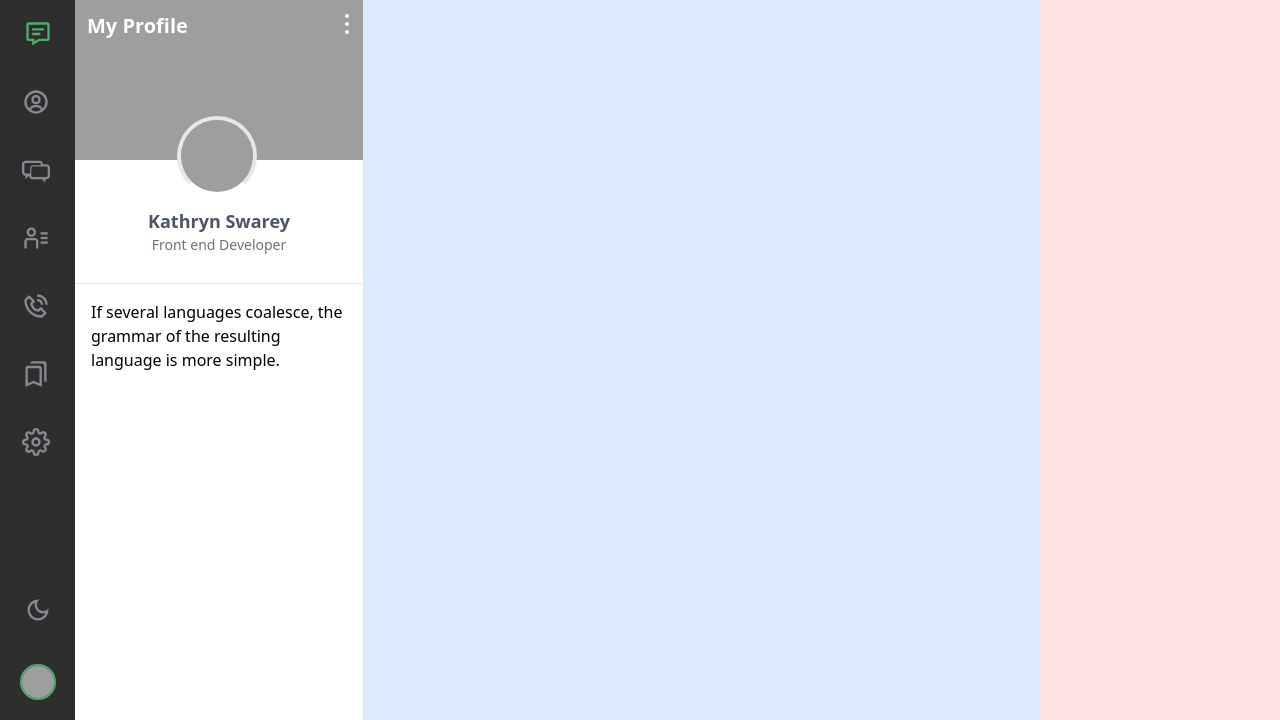
Repository: satya-ranjon/Chat-app
Page: /
The author's editor kept a copy of each file at every save. The page is drawn from the files as they stood at one save, then again after the next save.
The browser window is 1280 px wide. The pictures show the whole page.
Pictures or frames that could not be fetched are drawn as grey boxes. The project was rebuilt for these pictures with package versions that can differ from the ones it lists, and the page was loaded fresh each time.

Above is the page before, as saved 2022-03-31 04:06:21.

After the next save:
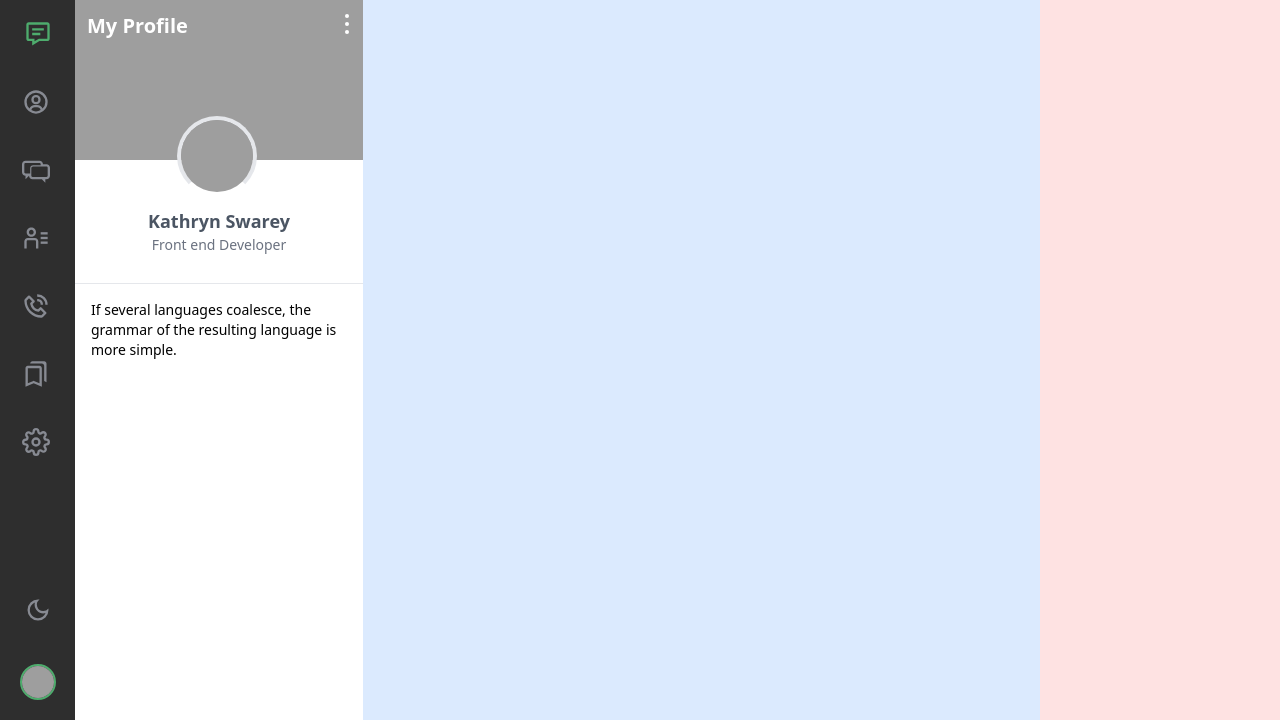
Saved 11 s later.
--- a/src/components/MyProfile/ProfileInfo.jsx
+++ b/src/components/MyProfile/ProfileInfo.jsx
@@ -3,7 +3,7 @@ import React from "react";
 export default function ProfileInfo() {
   return (
     <div>
-      <p className="p-4">
+      <p className="p-4 text-sm">
         If several languages coalesce, the grammar of the resulting language is
         more simple.
       </p>
